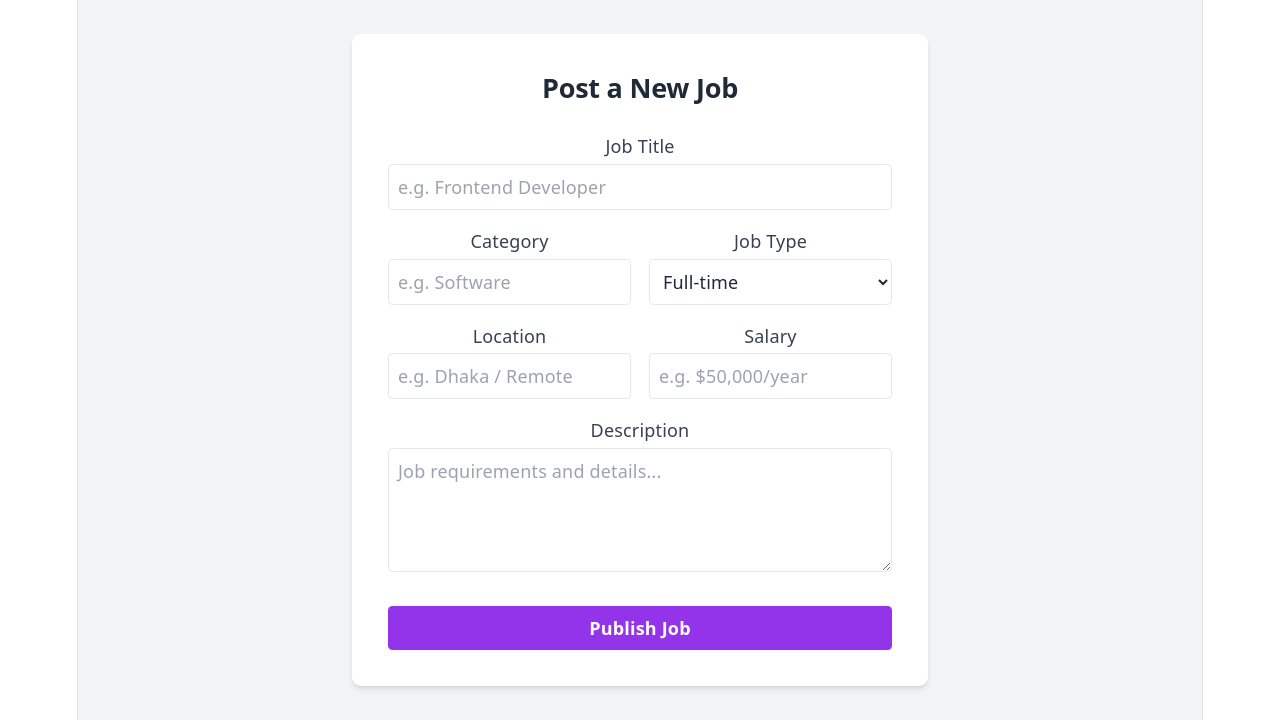
Repository: mdkawsarjomadder/job-portal
Page: /create-job (app in job-portal/frontend/)
These files come from the project's save history. The page is drawn as it stood at one moment and after the next save; the edit follows.
The browser window is 1280 px wide. The pictures show the whole page.
The project was rebuilt for these pictures with package versions that can differ from the ones it lists, and the page was loaded fresh each time. Also part of the build but not shown: job-portal/frontend/vite.config.js, job-portal/frontend/src/pages/Login.jsx, job-portal/frontend/src/pages/Register.jsx, job-portal/frontend/src/pages/ApplicantDashboard.jsx, job-portal/frontend/src/pages/Dashboard.jsx.

Above is the page before, as saved 2026-09-03 22:56:59.

After the next save:
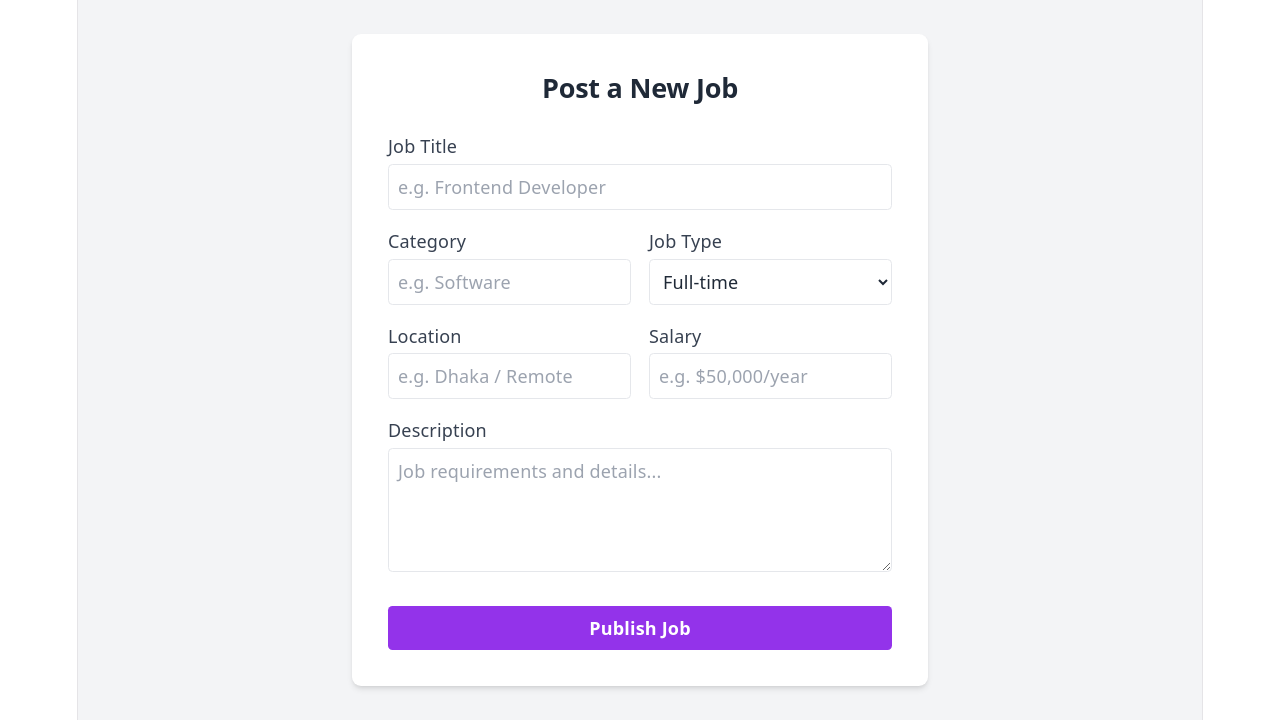
Saved 2 min 20 s later.
--- a/job-portal/frontend/src/pages/CreateJob.jsx
+++ b/job-portal/frontend/src/pages/CreateJob.jsx
@@ -12,43 +12,58 @@ export default function CreateJob() {
     jobType: 'Full-time'
   });
   const [message, setMessage] = useState('');
+  const [loading, setLoading] = useState(false);
   const navigate = useNavigate();
+
+  const handleChange = (e) => {
+    setFormData({ ...formData, [e.target.name]: e.target.value });
+  };
 
   const handleSubmit = async (e) => {
     e.preventDefault();
+    setMessage('');
+
     const token = localStorage.getItem('token');
 
+    if (!token) {
+      setMessage('You must be logged in to post a job.');
+      return;
+    }
+
+    setLoading(true);
+
     try {
-      await axios.post('http://localhost:5000/api/jobs', formData, {
+      const res = await axios.post('http://localhost:5000/api/jobs', formData, {
         headers: { Authorization: `Bearer ${token}` }
       });
 
-      setMessage('Job posted successfully!');
+      setMessage(res.data?.message || 'Job posted successfully!');
 
-      // ২ সেকেন্ড নোটিফিকেশন দেখাবে, তারপর ড্যাশবোর্ডে রিডাইরেক্ট করবে
       setTimeout(() => {
         setMessage('');
         navigate('/dashboard');
       }, 2000);
 
     } catch (err) {
+      console.error('Create Job Error:', err.response?.data || err.message);
       setMessage(err.response?.data?.message || 'Error posting job');
 
-      // এরর মেসেজটিও ২ সেকেন্ড পর মুছে যাবে
       setTimeout(() => {
         setMessage('');
-      }, 2000);
+      }, 3000);
+    } finally {
+      setLoading(false);
     }
   };
 
   return (
-    <div className="min-h-screen bg-gray-100 flex justify-center items-center p-6">
+    <div className="min-h-screen bg-gray-100 flex justify-center items-center p-6 text-left">
       <form onSubmit={handleSubmit} className="bg-white p-8 rounded-lg shadow-md w-full max-w-lg">
         <h2 className="text-2xl font-bold mb-6 text-gray-800 text-center">Post a New Job</h2>
 
         {message && (
-          <p className={`mb-4 text-center font-semibold ${
-            message.includes('successfully') ? 'text-green-600' : 'text-red-500'
+          <p className={`mb-4 text-center font-semibold p-2 rounded ${
+            message.toLowerCase().includes('success') ? 'bg-green-100 text-green-700' : 'bg-red-100 text-red-600'
           }`}>
             {message}
           </p>
@@ -58,9 +73,11 @@ export default function CreateJob() {
           <label className="block text-gray-700 font-medium mb-1">Job Title</label>
           <input
             type="text"
+            name="title"
+            value={formData.title}
             placeholder="e.g. Frontend Developer"
-            className="w-full p-2 border rounded focus:outline-blue-500 bg-white text-gray-800"
-            onChange={(e) => setFormData({ ...formData, title: e.target.value })}
+            className="w-full p-2 border rounded focus:outline-purple-500 bg-white text-gray-800"
+            onChange={handleChange}
             required
           />
         </div>
@@ -70,17 +87,21 @@ export default function CreateJob() {
             <label className="block text-gray-700 font-medium mb-1">Category</label>
             <input
               type="text"
+              name="category"
+              value={formData.category}
               placeholder="e.g. Software"
-              className="w-full p-2 border rounded focus:outline-blue-500 bg-white text-gray-800"
-              onChange={(e) => setFormData({ ...formData, category: e.target.value })}
+              className="w-full p-2 border rounded focus:outline-purple-500 bg-white text-gray-800"
+              onChange={handleChange}
               required
             />
           </div>
           <div>
             <label className="block text-gray-700 font-medium mb-1">Job Type</label>
             <select
-              className="w-full p-2 border rounded focus:outline-blue-500 bg-white text-gray-800"
-              onChange={(e) => setFormData({ ...formData, jobType: e.target.value })}
+              name="jobType"
+              value={formData.jobType}
+              className="w-full p-2 border rounded focus:outline-purple-500 bg-white text-gray-800"
+              onChange={handleChange}
             >
               <option value="Full-time">Full-time</option>
               <option value="Part-time">Part-time</option>
@@ -95,9 +116,11 @@ export default function CreateJob() {
             <label className="block text-gray-700 font-medium mb-1">Location</label>
             <input
               type="text"
+              name="location"
+              value={formData.location}
               placeholder="e.g. Dhaka / Remote"
-              className="w-full p-2 border rounded focus:outline-blue-500 bg-white text-gray-800"
-              onChange={(e) => setFormData({ ...formData, location: e.target.value })}
+              className="w-full p-2 border rounded focus:outline-purple-500 bg-white text-gray-800"
+              onChange={handleChange}
               required
             />
           </div>
@@ -105,9 +128,11 @@ export default function CreateJob() {
             <label className="block text-gray-700 font-medium mb-1">Salary</label>
             <input
               type="text"
+              name="salary"
+              value={formData.salary}
               placeholder="e.g. $50,000/year"
-              className="w-full p-2 border rounded focus:outline-blue-500 bg-white text-gray-800"
-              onChange={(e) => setFormData({ ...formData, salary: e.target.value })}
+              className="w-full p-2 border rounded focus:outline-purple-500 bg-white text-gray-800"
+              onChange={handleChange}
               required
             />
           </div>
@@ -117,15 +142,21 @@ export default function CreateJob() {
           <label className="block text-gray-700 font-medium mb-1">Description</label>
           <textarea
             rows="4"
+            name="description"
+            value={formData.description}
             placeholder="Job requirements and details..."
-            className="w-full p-2 border rounded focus:outline-blue-500 bg-white text-gray-800"
-            onChange={(e) => setFormData({ ...formData, description: e.target.value })}
+            className="w-full p-2 border rounded focus:outline-purple-500 bg-white text-gray-800"
+            onChange={handleChange}
             required
           ></textarea>
         </div>
 
-        <button type="submit" className="w-full bg-purple-600 text-white py-2 rounded font-semibold hover:bg-purple-700 transition">
-          Publish Job
+        <button
+          type="submit"
+          disabled={loading}
+          className="w-full bg-purple-600 text-white py-2 rounded font-semibold hover:bg-purple-700 transition disabled:opacity-50"
+        >
+          {loading ? 'Publishing...' : 'Publish Job'}
         </button>
       </form>
     </div>
